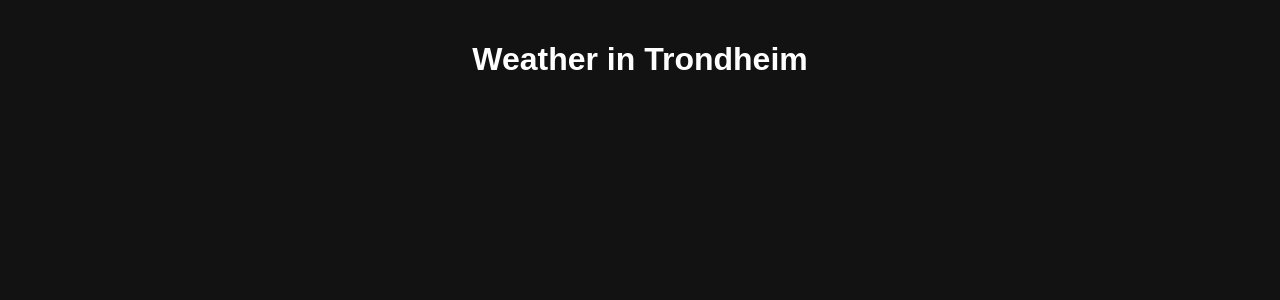
Repository: Larshalvorhansen/personalWebsite
Page: content/infoskjermV2/item-0_24TimerVær.html
These files come from the project's save history. The page is drawn as it stood at one moment and after the next save; the edit follows.
The browser window is 1280 px wide. The pictures show the whole page.
The page's requests for data from a server got no answer.

Above is the page before, as saved 2025-02-17 11:46:39.

After the next save:
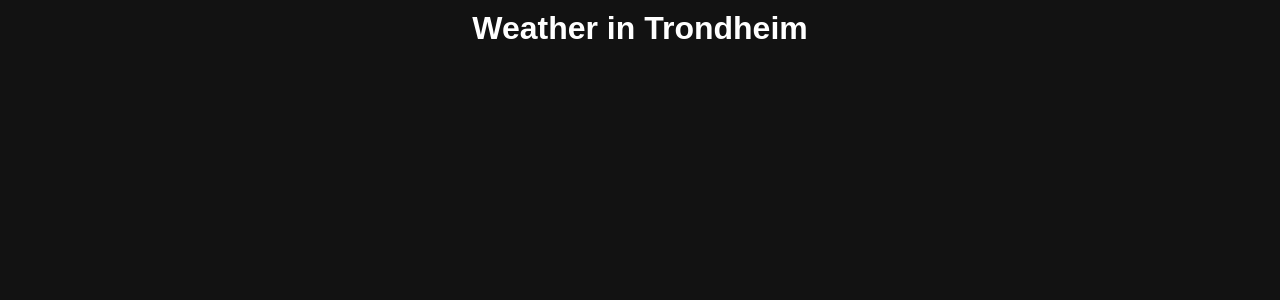
Saved 99 s later.
--- a/content/infoskjermV2/item-0_24TimerVær.html
+++ b/content/infoskjermV2/item-0_24TimerVær.html
@@ -9,21 +9,29 @@
     <style>
         body {
             background-color: #121212;
-            /* Dark mode background */
             color: #ffffff;
-            /* White text */
             font-family: Arial, sans-serif;
             margin: 0;
-            padding: 20px;
+            /* Remove all margins */
+            padding: 0;
+            /* Remove all padding */
+            overflow: hidden;
+            /* Prevent scrollbars if content overflows */
         }
 
         h1 {
             text-align: center;
+            margin: 10px 0;
+            /* Add some margin to the heading */
         }
 
         canvas {
-            max-width: 800px;
-            margin: 20px auto;
+            width: 100vw;
+            /* Use full viewport width */
+            height: 90vh;
+            /* Use 90% of viewport height (adjust as needed) */
+            display: block;
+            /* Prevents a small gap below the canvas */
         }
     </style>
 </head>
@@ -33,14 +41,11 @@
     <canvas id="weatherChart"></canvas>
 
     <script>
-        // Yr API endpoint for Trondheim
         const url = "https://api.met.no/weatherapi/locationforecast/2.0/compact?lat=63.4305&lon=10.3951";
 
-        // Fetch weather data
         fetch(url)
             .then(response => response.json())
             .then(data => {
-                // Extract time, temperature, wind speed, and rainfall data
                 const times = data.properties.timeseries.slice(0, 24).map(entry => {
                     const date = new Date(entry.time);
                     return date.toLocaleTimeString('no-NO', { hour: '2-digit', minute: '2-digit' });
@@ -49,96 +54,30 @@
                 const windSpeeds = data.properties.timeseries.slice(0, 24).map(entry => entry.data.instant.details.wind_speed);
                 const rainfall = data.properties.timeseries.slice(0, 24).map(entry => entry.data.next_1_hours?.details.precipitation_amount || 0);
 
-                // Get the canvas context
                 const ctx = document.getElementById('weatherChart').getContext('2d');
 
-                // Create the chart
                 new Chart(ctx, {
                     type: 'line',
                     data: {
                         labels: times,
                         datasets: [
-                            {
-                                label: 'Temperature (°C)',
-                                data: temperatures,
-                                borderColor: '#ff6384', // Red line
-                                backgroundColor: 'rgba(255, 99, 132, 0.1)', // Light red fill
-                                fill: true,
-                                yAxisID: 'y',
-                            },
-                            {
-                                label: 'Wind Speed (m/s)',
-                                data: windSpeeds,
-                                borderColor: '#36a2eb', // Blue line
-                                backgroundColor: 'rgba(54, 162, 235, 0.1)', // Light blue fill
-                                fill: true,
-                                yAxisID: 'y1',
-                            },
-                            {
-                                label: 'Rainfall (mm)',
-                                data: rainfall,
-                                borderColor: '#4bc0c0', // Teal line
-                                backgroundColor: 'rgba(75, 192, 192, 0.1)', // Light teal fill
-                                fill: true,
-                                yAxisID: 'y2',
-                            }
+                            { label: 'Temperature (°C)', data: temperatures, borderColor: '#ff6384', backgroundColor: 'rgba(255, 99, 132, 0.1)', fill: true, yAxisID: 'y' },
+                            { label: 'Wind Speed (m/s)', data: windSpeeds, borderColor: '#36a2eb', backgroundColor: 'rgba(54, 162, 235, 0.1)', fill: true, yAxisID: 'y1' },
+                            { label: 'Rainfall (mm)', data: rainfall, borderColor: '#4bc0c0', backgroundColor: 'rgba(75, 192, 192, 0.1)', fill: true, yAxisID: 'y2' }
                         ]
                     },
                     options: {
                         responsive: true,
-                        interaction: {
-                            mode: 'index',
-                            intersect: false,
-                        },
+                        maintainAspectRatio: false, // Important: Allow canvas to resize
+                        interaction: { mode: 'index', intersect: false },
                         plugins: {
-                            legend: {
-                                labels: {
-                                    color: '#ffffff' // White text for legend
-                                }
-                            }
+                            legend: { labels: { color: '#ffffff' } }
                         },
                         scales: {
-                            x: {
-                                ticks: {
-                                    color: '#ffffff' // White text for x-axis
-                                },
-                                grid: {
-                                    color: '#333333' // Dark grid lines
-                                }
-                            },
-                            y: {
-                                type: 'linear',
-                                display: true,
-                                position: 'left',
-                                ticks: {
-                                    color: '#ffffff' // White text for y-axis
-                                },
-                                grid: {
-                                    color: '#333333' // Dark grid lines
-                                }
-                            },
-                            y1: {
-                                type: 'linear',
-                                display: true,
-                                position: 'right',
-                                ticks: {
-                                    color: '#ffffff' // White text for y-axis
-                                },
-                                grid: {
-                                    drawOnChartArea: false, // Only show grid for the left y-axis
-                                }
-                            },
-                            y2: {
-                                type: 'linear',
-                                display: true,
-                                position: 'right',
-                                ticks: {
-                                    color: '#ffffff' // White text for y-axis
-                                },
-                                grid: {
-                                    drawOnChartArea: false, // Only show grid for the left y-axis
-                                }
-                            }
+                            x: { ticks: { color: '#ffffff' }, grid: { color: '#333333' } },
+                            y: { type: 'linear', display: true, position: 'left', ticks: { color: '#ffffff' }, grid: { color: '#333333' } },
+                            y1: { type: 'linear', display: true, position: 'right', ticks: { color: '#ffffff' }, grid: { drawOnChartArea: false } },
+                            y2: { type: 'linear', display: true, position: 'right', ticks: { color: '#ffffff' }, grid: { drawOnChartArea: false } }
                         }
                     }
                 });

After the 2 saves that followed:
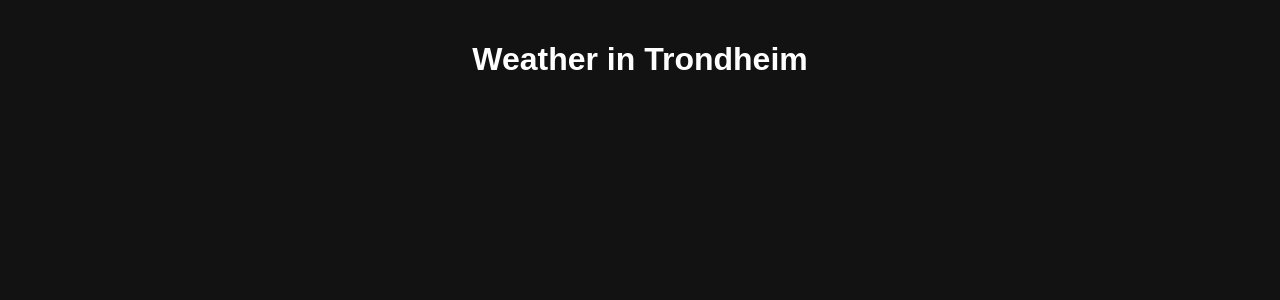
The 2 saves are shown as one change because 1 left the picture as it was.
The last was saved 2 min 56 s later.
--- a/content/infoskjermV2/item-0_24TimerVær.html
+++ b/content/infoskjermV2/item-0_24TimerVær.html
@@ -9,29 +9,21 @@
     <style>
         body {
             background-color: #121212;
+            /* Dark mode background */
             color: #ffffff;
+            /* White text */
             font-family: Arial, sans-serif;
             margin: 0;
-            /* Remove all margins */
-            padding: 0;
-            /* Remove all padding */
-            overflow: hidden;
-            /* Prevent scrollbars if content overflows */
+            padding: 20px;
         }
 
         h1 {
             text-align: center;
-            margin: 10px 0;
-            /* Add some margin to the heading */
         }
 
         canvas {
-            width: 100vw;
-            /* Use full viewport width */
-            height: 90vh;
-            /* Use 90% of viewport height (adjust as needed) */
-            display: block;
-            /* Prevents a small gap below the canvas */
+            max-width: 800px;
+            margin: 20px auto;
         }
     </style>
 </head>
@@ -41,11 +33,14 @@
     <canvas id="weatherChart"></canvas>
 
     <script>
+        // Yr API endpoint for Trondheim
         const url = "https://api.met.no/weatherapi/locationforecast/2.0/compact?lat=63.4305&lon=10.3951";
 
+        // Fetch weather data
         fetch(url)
             .then(response => response.json())
             .then(data => {
+                // Extract time, temperature, wind speed, and rainfall data
                 const times = data.properties.timeseries.slice(0, 24).map(entry => {
                     const date = new Date(entry.time);
                     return date.toLocaleTimeString('no-NO', { hour: '2-digit', minute: '2-digit' });
@@ -54,30 +49,96 @@
                 const windSpeeds = data.properties.timeseries.slice(0, 24).map(entry => entry.data.instant.details.wind_speed);
                 const rainfall = data.properties.timeseries.slice(0, 24).map(entry => entry.data.next_1_hours?.details.precipitation_amount || 0);
 
+                // Get the canvas context
                 const ctx = document.getElementById('weatherChart').getContext('2d');
 
+                // Create the chart
                 new Chart(ctx, {
                     type: 'line',
                     data: {
                         labels: times,
                         datasets: [
-                            { label: 'Temperature (°C)', data: temperatures, borderColor: '#ff6384', backgroundColor: 'rgba(255, 99, 132, 0.1)', fill: true, yAxisID: 'y' },
-                            { label: 'Wind Speed (m/s)', data: windSpeeds, borderColor: '#36a2eb', backgroundColor: 'rgba(54, 162, 235, 0.1)', fill: true, yAxisID: 'y1' },
-                            { label: 'Rainfall (mm)', data: rainfall, borderColor: '#4bc0c0', backgroundColor: 'rgba(75, 192, 192, 0.1)', fill: true, yAxisID: 'y2' }
+                            {
+                                label: 'Temperature (°C)',
+                                data: temperatures,
+                                borderColor: '#ff6384', // Red line
+                                backgroundColor: 'rgba(255, 99, 132, 0.1)', // Light red fill
+                                fill: true,
+                                yAxisID: 'y',
+                            },
+                            {
+                                label: 'Wind Speed (m/s)',
+                                data: windSpeeds,
+                                borderColor: '#36a2eb', // Blue line
+                                backgroundColor: 'rgba(54, 162, 235, 0.1)', // Light blue fill
+                                fill: true,
+                                yAxisID: 'y1',
+                            },
+                            {
+                                label: 'Rainfall (mm)',
+                                data: rainfall,
+                                borderColor: '#4bc0c0', // Teal line
+                                backgroundColor: 'rgba(75, 192, 192, 0.1)', // Light teal fill
+                                fill: true,
+                                yAxisID: 'y2',
+                            }
                         ]
                     },
                     options: {
                         responsive: true,
-                        maintainAspectRatio: false, // Important: Allow canvas to resize
-                        interaction: { mode: 'index', intersect: false },
+                        interaction: {
+                            mode: 'index',
+                            intersect: false,
+                        },
                         plugins: {
-                            legend: { labels: { color: '#ffffff' } }
+                            legend: {
+                                labels: {
+                                    color: '#ffffff' // White text for legend
+                                }
+                            }
                         },
                         scales: {
-                            x: { ticks: { color: '#ffffff' }, grid: { color: '#333333' } },
-                            y: { type: 'linear', display: true, position: 'left', ticks: { color: '#ffffff' }, grid: { color: '#333333' } },
-                            y1: { type: 'linear', display: true, position: 'right', ticks: { color: '#ffffff' }, grid: { drawOnChartArea: false } },
-                            y2: { type: 'linear', display: true, position: 'right', ticks: { color: '#ffffff' }, grid: { drawOnChartArea: false } }
+                            x: {
+                                ticks: {
+                                    color: '#ffffff' // White text for x-axis
+                                },
+                                grid: {
+                                    color: '#333333' // Dark grid lines
+                                }
+                            },
+                            y: {
+                                type: 'linear',
+                                display: true,
+                                position: 'left',
+                                ticks: {
+                                    color: '#ffffff' // White text for y-axis
+                                },
+                                grid: {
+                                    color: '#333333' // Dark grid lines
+                                }
+                            },
+                            y1: {
+                                type: 'linear',
+                                display: true,
+                                position: 'right',
+                                ticks: {
+                                    color: '#ffffff' // White text for y-axis
+                                },
+                                grid: {
+                                    drawOnChartArea: false, // Only show grid for the left y-axis
+                                }
+                            },
+                            y2: {
+                                type: 'linear',
+                                display: true,
+                                position: 'right',
+                                ticks: {
+                                    color: '#ffffff' // White text for y-axis
+                                },
+                                grid: {
+                                    drawOnChartArea: false, // Only show grid for the left y-axis
+                                }
+                            }
                         }
                     }
                 });
